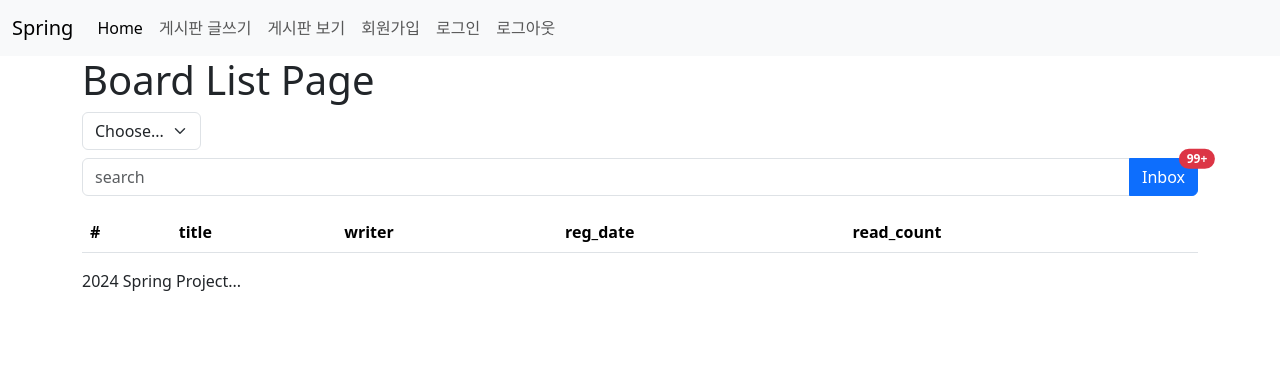
Repository: dhalfks/springTest240430
Page: http://localhost/spring_study/WEB-INF/views/board/list.jsp
These files come from the project's save history. The page is drawn as it stood at one moment and after the next save; the edit follows.
The browser window is 1280 px wide. The pictures show the whole page.
The page is served by Tomcat 9. Nobody is signed in. The template is opened directly, without the code that normally fills it, so the values that code supplies are empty.

Above is the page before, as saved 2024-04-24 08:13:36.

### spring_study/src/main/webapp/WEB-INF/views/board/list.jsp
<%@ page language="java" contentType="text/html; charset=UTF-8"
    pageEncoding="UTF-8"%>
    <%@ taglib uri="http://java.sun.com/jsp/jstl/core" prefix="c"%>

<jsp:include page="../layout/header.jsp" />
<div class="container-md">
	<h1>Board List Page</h1>
	<!-- 검색라인 -->
	<form  action="" class="row gy-2 gx-3 align-items-center">
		<div class="col-auto">
		    <label class="visually-hidden" for="autoSizingSelect">search</label>
		    <select class="form-select" id="autoSizingSelect">
		      <option selected>Choose...</option>
		      <option value="1">One</option>
		      <option value="2">Two</option>
		      <option value="3">Three</option>
		    </select>
		  </div>
		<div class="input-group mb-3">
		  <input type="text" class="form-control" placeholder="search" aria-label="Recipient's username" aria-describedby="button-addon2">
		  <button type="button" class="btn btn-primary position-relative">
			  Inbox
			  <span class="position-absolute top-0 start-100 translate-middle badge rounded-pill bg-danger">
			    99+
			    <span class="visually-hidden">unread messages</span>
			  </span>
			</button>
		</div>
	</form>

	<table class="table table-hover">
		<thead>
			<tr>
				<th>#</th>
				<th>title</th>
				<th>writer</th>
				<th>reg_date</th>
				<th>read_count</th>
			</tr>
		</thead>
		<tbody>
			<c:forEach items="${list }" var="bvo">
				<tr>
					<td>${bvo.bno }</td>
					<td><a href="/board/detail?bno=${bvo.bno }">${bvo.title }</a></td>
					<td>${bvo.writer }</td>
					<td>${bvo.reg_date }</td>
					<td>${bvo.read_count }</td>
				</tr>
			</c:forEach>
		</tbody>
	</table>

	<!-- 페이지네이션라인  -->


</div>
<jsp:include page="../layout/footer.jsp" />

### spring_study/src/main/webapp/WEB-INF/views/layout/header.jsp
<%@ page language="java" contentType="text/html; charset=UTF-8"
    pageEncoding="UTF-8"%>
<!DOCTYPE html>
<html>
<head>
<meta charset="UTF-8">
<title>header.jsp</title>
<link href="https://cdn.jsdelivr.net/npm/bootstrap@5.3.3/dist/css/bootstrap.min.css" rel="stylesheet" integrity="sha384-QWTKZyjpPEjISv5WaRU9OFeRpok6YctnYmDr5pNlyT2bRjXh0JMhjY6hW+ALEwIH" crossorigin="anonymous">
<script src="https://cdn.jsdelivr.net/npm/bootstrap@5.3.3/dist/js/bootstrap.bundle.min.js" integrity="sha384-YvpcrYf0tY3lHB60NNkmXc5s9fDVZLESaAA55NDzOxhy9GkcIdslK1eN7N6jIeHz" crossorigin="anonymous"></script>
</head>
<body>
<nav class="navbar navbar-expand-lg bg-body-tertiary">
  <div class="container-fluid">
    <a class="navbar-brand" href="#">Spring</a>
    <button class="navbar-toggler" type="button" data-bs-toggle="collapse" data-bs-target="#navbarSupportedContent" aria-controls="navbarSupportedContent" aria-expanded="false" aria-label="Toggle navigation">
      <span class="navbar-toggler-icon"></span>
    </button>
    <div class="collapse navbar-collapse" id="navbarSupportedContent">
      <ul class="navbar-nav me-auto mb-2 mb-lg-0">
        <li class="nav-item">
          <a class="nav-link active" aria-current="page" href="/">Home</a>
        </li>
        <li class="nav-item">
          <a class="nav-link" href="/board/register">게시판 글쓰기</a>
        </li>
        <li class="nav-item">
          <a class="nav-link" href="/board/list">게시판 보기</a>
        </li>
        <li class="nav-item">
          <a class="nav-link" href="#">회원가입</a>
        </li>
        <li class="nav-item">
          <a class="nav-link" href="#">로그인</a>
        </li>
        <li class="nav-item">
          <a class="nav-link" href="#">로그아웃</a>
        </li>
       </ul>
    </div>
  </div>
</nav>

### spring_study/src/main/webapp/WEB-INF/views/layout/footer.jsp
<%@ page language="java" contentType="text/html; charset=UTF-8"
    pageEncoding="UTF-8"%>

<div class="container-md">
 	2024 Spring Project...
</div>

</body>
</html>

After the next save:
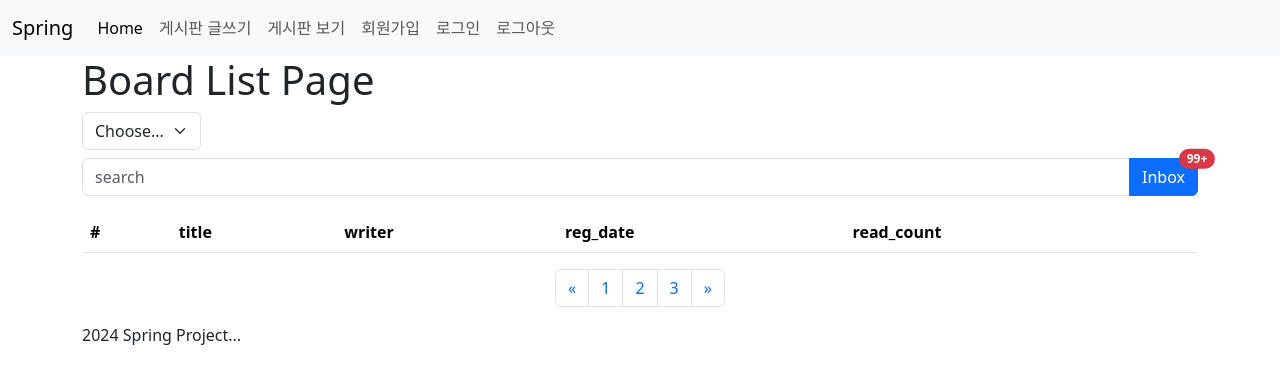
Saved 79 s later.
--- a/spring_study/src/main/webapp/WEB-INF/views/board/list.jsp
+++ b/spring_study/src/main/webapp/WEB-INF/views/board/list.jsp
@@ -52,7 +52,23 @@
 	</table>
 
 	<!-- 페이지네이션라인  -->
-
+	<nav aria-label="Page navigation example">
+      <ul class="pagination justify-content-center">
+        <li class="page-item">
+          <a class="page-link" href="#" aria-label="Previous">
+            <span aria-hidden="true">«</span>
+          </a>
+        </li>
+        <li class="page-item"><a class="page-link" href="#">1</a></li>
+        <li class="page-item"><a class="page-link" href="#">2</a></li>
+        <li class="page-item"><a class="page-link" href="#">3</a></li>
+        <li class="page-item">
+          <a class="page-link" href="#" aria-label="Next">
+            <span aria-hidden="true">»</span>
+          </a>
+        </li>
+      </ul>
+    </nav>
 
 </div>
 <jsp:include page="../layout/footer.jsp" />
